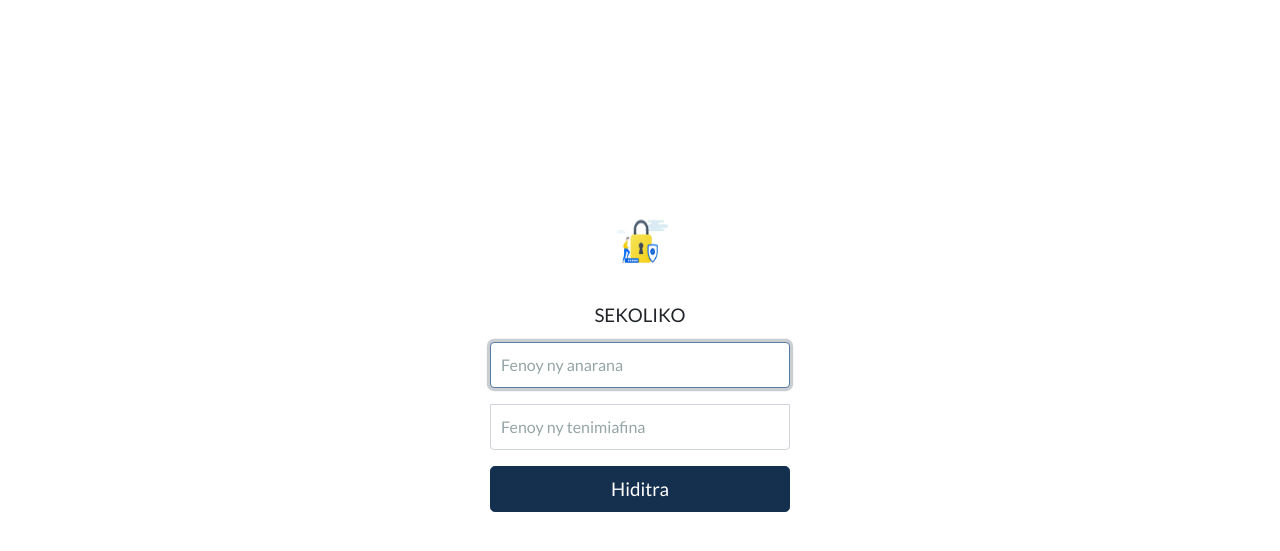
Repository: niainamahefa/j2ee-sekoliko
Page: http://localhost/Ecole/login
These files come from the project's save history. The page is drawn as it stood at one moment and after the next save; the edit follows.
The browser window is 1280 px wide. The pictures show the whole page.
The page is served by Tomcat 9. Other server files are loaded and not shown.

Above is the page before, as saved 2021-02-03 18:36:31.

### Ecole/WebContent/WEB-INF/login.jsp
<%@ page language="java" contentType="text/html; charset=ISO-8859-1"
    pageEncoding="ISO-8859-1"%>
<!doctype html>
<html lang="en">
  <head>
    <meta charset="utf-8">
    <meta name="viewport" content="width=device-width, initial-scale=1, shrink-to-fit=no">
    <meta name="description" content="">
    <meta name="author" content="Mark Otto, Jacob Thornton, and Bootstrap contributors">
    <meta name="generator" content="Jekyll v4.1.1">
    <title>Sekoly</title>

    <!-- Bootstrap core CSS -->
	<link href="./assets/css/bootstrap.min.css" rel="stylesheet">
	<link href="./assets/css/signin.css" rel="stylesheet">

    <style>
      .bd-placeholder-img {
        font-size: 1.125rem;
        text-anchor: middle;
        -webkit-user-select: none;
        -moz-user-select: none;
        -ms-user-select: none;
        user-select: none;
      }

      @media (min-width: 768px) {
        .bd-placeholder-img-lg {
          font-size: 3.5rem;
        }
      }
    </style>
    <!-- Custom styles for this template -->
    <link href="signin.css" rel="stylesheet">
  </head>
  <body class="text-center">
	    <form class="form-signin" method="post">
		  <img class="mb-4" src="./assets/images/security.jpg" alt="" width="72" height="72">
		  <h1 class="h5 mb-3 font-weight-normal">SEKOLIKO</h1>
		  <label for="inputEmail" class="sr-only">Anarana</label>
		  <input type="text" id="inputEmail" class="form-control" placeholder="Fenoy ny anarana"  name="anarana" required autofocus>
		  <label for="inputPassword" class="sr-only">Tenimiafina</label>
		  <input type="password" id="inputPassword" class="form-control mt-3" placeholder="Fenoy ny tenimiafina" name="tenimiafina" required>
		  <div class="checkbox mb-3">
		  </div>
		  <button class="btn btn-lg btn-primary btn-block" type="submit">Hiditra</button>
		</form>
	</body>
</html>

### Ecole/src/com/ecole/servlet/LoginServlet.java
package com.ecole.servlet;

import java.io.IOException;

import javax.servlet.ServletException;
import javax.servlet.http.HttpServlet;
import javax.servlet.http.HttpServletRequest;
import javax.servlet.http.HttpServletResponse;

import com.ecole.model.User;

public class LoginServlet extends HttpServlet{


	@Override
	protected void doGet(HttpServletRequest req, HttpServletResponse resp) throws ServletException, IOException {
		System.out.println("Login Servlet - doGet méthode");
		req.getRequestDispatcher("/WEB-INF/login.jsp").forward(req, resp);
	}

	@Override
	protected void doPost(HttpServletRequest req, HttpServletResponse resp) throws ServletException, IOException {
		System.out.println("Login Servlet - doPost méthode");

		String anarana = req.getParameter("anarana");
		String tenimiafina = req.getParameter("tenimiafina");

		System.out.println("Anarana : " + anarana + " Tenimifina : " + tenimiafina );

		if (anarana.equals("admin") && (tenimiafina.equals("sekoliko"))) {
			System.out.println("Tongasoa eto @ logiciel Sekoliko");

			req.getSession().setAttribute("user", new User (anarana,tenimiafina));
			resp.sendRedirect("accueil");
		}
		else {
			System.out.println("Hamarino azafady");
			resp.sendRedirect("login");
		}
	}




}

### Ecole/WebContent/assets/css/signin.css
html,
body {
  height: 100%;
}

body {
  display: -ms-flexbox;
  display: flex;
  -ms-flex-align: center;
  align-items: center;
  padding-top: 40px;
  padding-bottom: 40px;
}

.form-signin {
  width: 100%;
  max-width: 330px;
  padding: 15px;
  margin: auto;
}
.form-signin .checkbox {
  font-weight: 400;
}
.form-signin .form-control {
  position: relative;
  box-sizing: border-box;
  height: auto;
  padding: 10px;
  font-size: 16px;
}
.form-signin .form-control:focus {
  z-index: 2;
}
.form-signin input[type="email"] {
  margin-bottom: -1px;
  border-bottom-right-radius: 0;
  border-bottom-left-radius: 0;
}
.form-signin input[type="password"] {
  margin-bottom: 10px;
  border-top-left-radius: 0;
  border-top-right-radius: 0;
}

Loaded but not shown: Ecole/WebContent/assets/css/bootstrap.min.css (library)

After the next save:
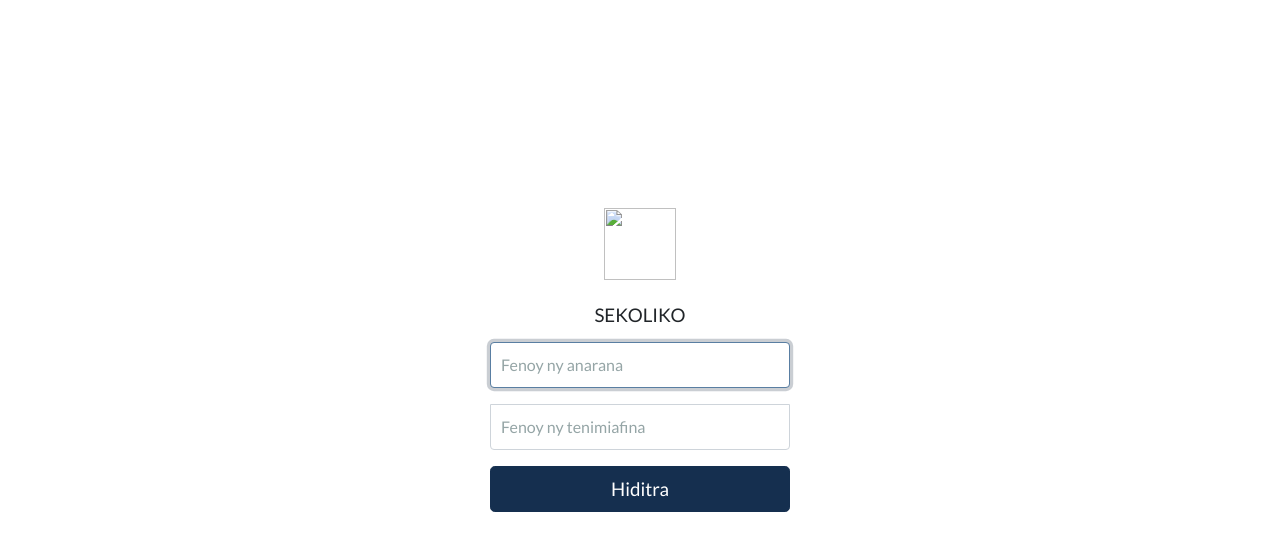
Not found: Ecole/Ecole/assets/images/security.jpeg
Saved 15 s later.
--- a/Ecole/WebContent/WEB-INF/login.jsp
+++ b/Ecole/WebContent/WEB-INF/login.jsp
@@ -35,7 +35,7 @@
   </head>
   <body class="text-center">
 	    <form class="form-signin" method="post">
-		  <img class="mb-4" src="./assets/images/security.jpg" alt="" width="72" height="72">
+		  <img class="mb-4" src="./assets/images/security.jpeg" alt="" width="72" height="72">
 		  <h1 class="h5 mb-3 font-weight-normal">SEKOLIKO</h1>
 		  <label for="inputEmail" class="sr-only">Anarana</label>
 		  <input type="text" id="inputEmail" class="form-control" placeholder="Fenoy ny anarana"  name="anarana" required autofocus>

After the save that followed:
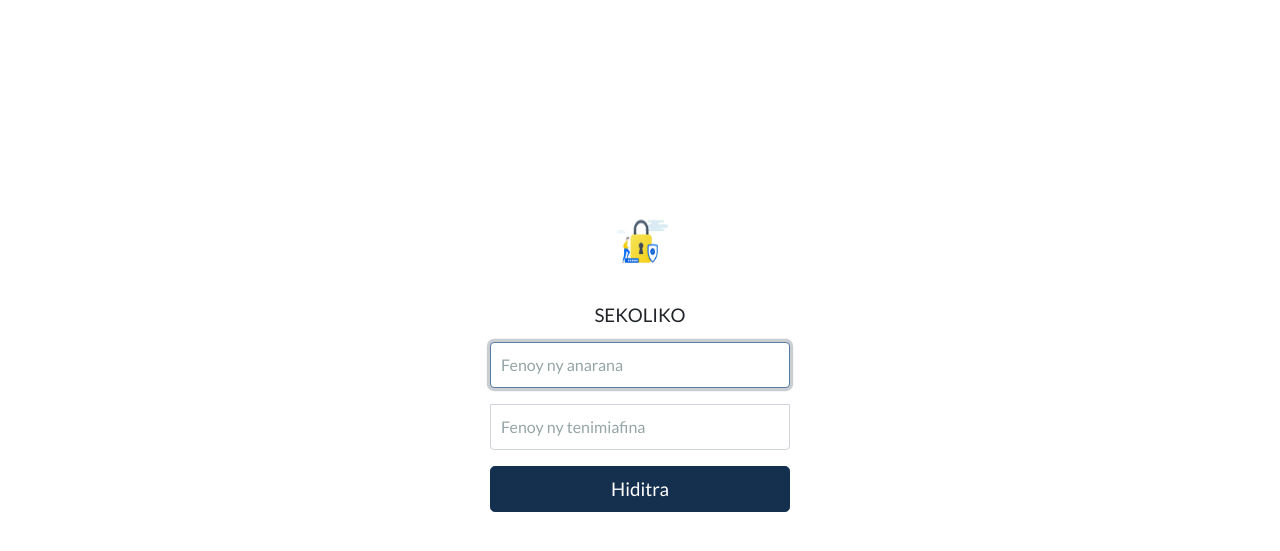
Saved 17 s later.
--- a/Ecole/WebContent/WEB-INF/login.jsp
+++ b/Ecole/WebContent/WEB-INF/login.jsp
@@ -35,7 +35,7 @@
   </head>
   <body class="text-center">
 	    <form class="form-signin" method="post">
-		  <img class="mb-4" src="./assets/images/security.jpeg" alt="" width="72" height="72">
+		  <img class="mb-4" src="./assets/images/security.jpg" alt="" width="72" height="72">
 		  <h1 class="h5 mb-3 font-weight-normal">SEKOLIKO</h1>
 		  <label for="inputEmail" class="sr-only">Anarana</label>
 		  <input type="text" id="inputEmail" class="form-control" placeholder="Fenoy ny anarana"  name="anarana" required autofocus>
